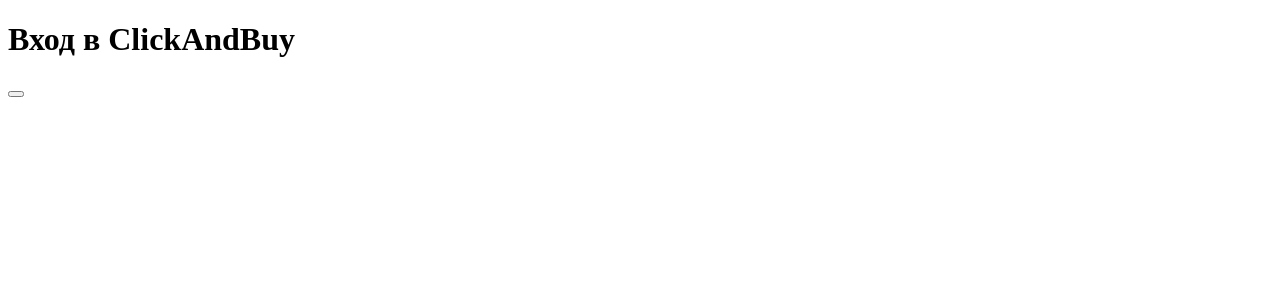
Repository: AlekCawka/ClickAndBuy
Page: /
The author's editor kept a copy of each file at every save. The page is drawn from the files as they stood at one save, then again after the next save.
The browser window is 1280 px wide. The pictures show the whole page.
The project was rebuilt for these pictures with package versions that can differ from the ones it lists, and the page was loaded fresh each time. Also part of the build but not shown: vite.config.js, src/index.css, src/App.css.

Above is the page before, as saved 2025-12-01 12:42:51.

### index.html
<!doctype html>
<html lang="en">
  <head>
    <meta charset="UTF-8" />
    <meta name="viewport" content="width=device-width, initial-scale=1.0" />
    <title>clickAndBuy</title>
  </head>
  <body>
    <div id="root"></div>
    <script type="module" src="/src/main.jsx"></script>
  </body>
</html>

### src/App.jsx
import { useState } from 'react';
import './App.css';

function App() {
  const [mode, setMode] = useState('login');
  const isLogin = mode === 'login';

  return (
    <div className='app-root'>
      <div className='auth-card'>
        <h1 className='auth-title'>
          {isLogin ? 'Вход в ClickAndBuy' : 'Регистрация'}
        </h1>

        <div className='auth-toggle'>
          <button
            type='button'
            className={`auth-toggle__btn ${isLogin ? 'auth-toggle__btn--active' : ''}`}
            onClick={() => setMode('login')}
          >

          </button>
        </div>
      </div>

    </div>
  )

}

export default App;

Loaded but not shown: src/main.jsx (common file)

After the next save:
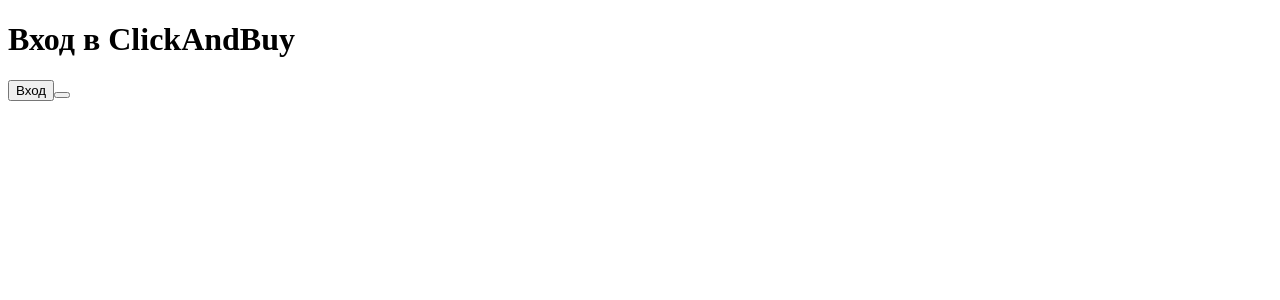
Saved 38 s later.
--- a/src/App.jsx
+++ b/src/App.jsx
@@ -18,6 +18,10 @@
             className={`auth-toggle__btn ${isLogin ? 'auth-toggle__btn--active' : ''}`}
             onClick={() => setMode('login')}
           >
+            Вход
+          </button>
+
+          <button>
 
           </button>
         </div>
